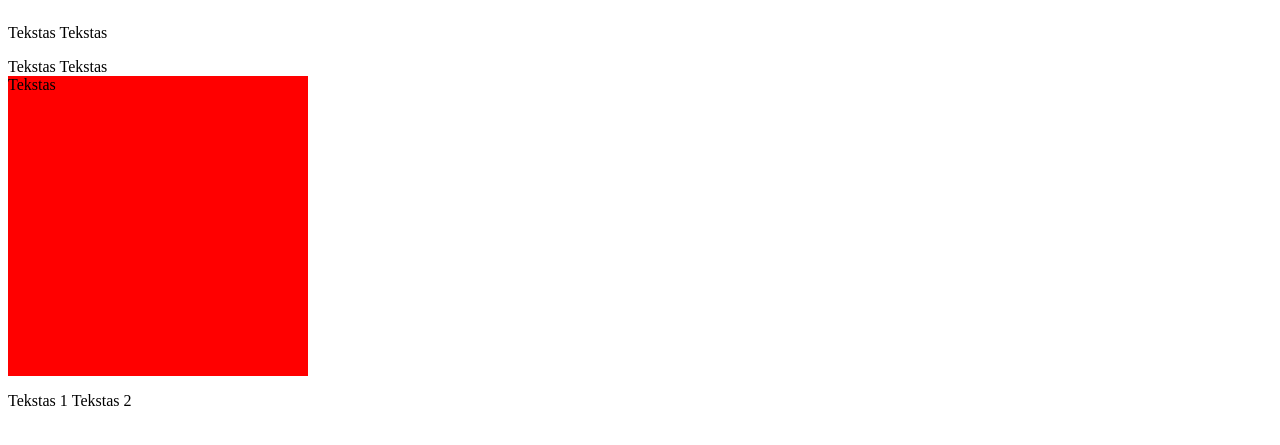
Repository: motiejus1/13-paskaita-05.31
Page: index_display.html
These files come from the project's save history. The page is drawn as it stood at one moment and after the next save; the edit follows.
The browser window is 1280 px wide. The pictures show the whole page.

Above is the page before, as saved 2021-06-21 20:19:38.

### index_display.html
<!DOCTYPE html>
<html lang="en">
<head>
    <meta charset="UTF-8">
    <meta http-equiv="X-UA-Compatible" content="IE=edge">
    <meta name="viewport" content="width=device-width, initial-scale=1.0">
    <title>13 paskaita</title>


    <style>
    p {
        display: inline-block;
    }

    span {
        display: block;
    }

    .kvadratelis {
        width: 300px;
        height: 300px;
        background-color: red;
        v
    }
    </style>
</head>
<body>

    <p>Tekstas Tekstas</p> <!-- display: block -->
    <span>Tekstas Tekstas</span> <!-- display: inline -->

    <!-- display:inline-block -->
    <div class="kvadratelis">
        Tekstas
    </div>

    <p>Tekstas 1</p>
    <p>Tekstas 2</p>




</body>
</html>

After the next save:
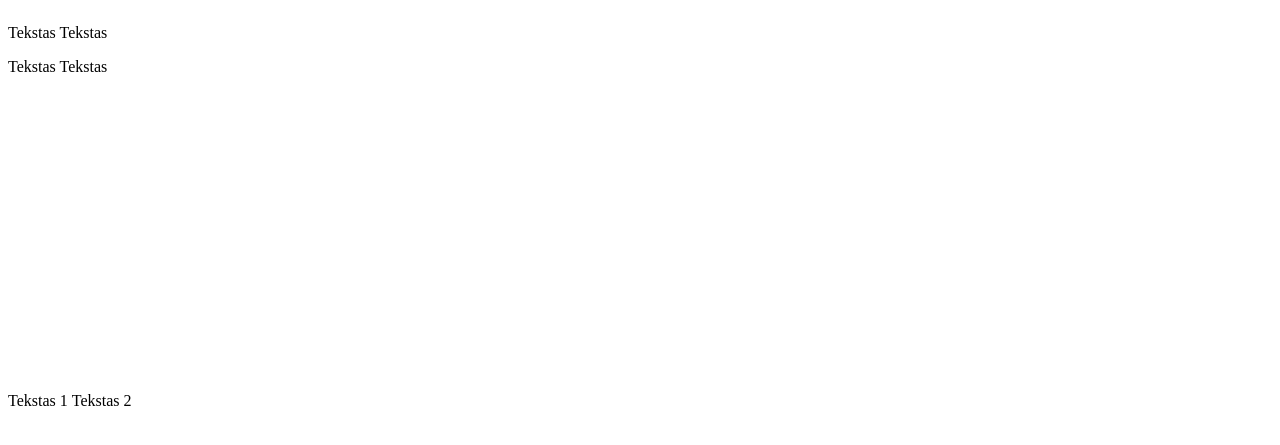
Saved 6 s later.
--- a/index_display.html
+++ b/index_display.html
@@ -20,7 +20,7 @@
         width: 300px;
         height: 300px;
         background-color: red;
-        v
+        visibility: hidden;
     }
     </style>
 </head>

After the save that followed:
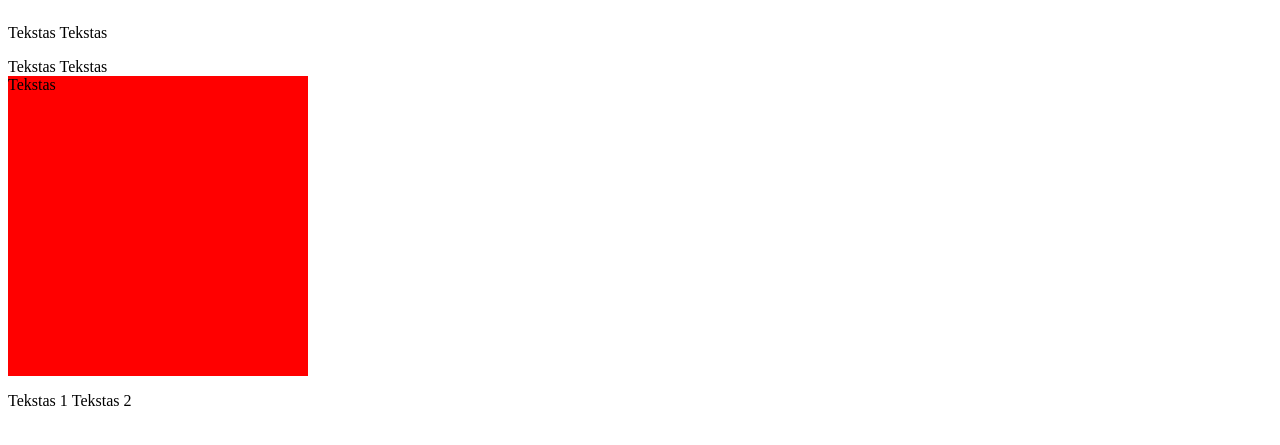
Saved 52 s later.
--- a/index_display.html
+++ b/index_display.html
@@ -20,7 +20,7 @@
         width: 300px;
         height: 300px;
         background-color: red;
-        visibility: hidden;
+        /* visibility: hidden; */
     }
     </style>
 </head>
